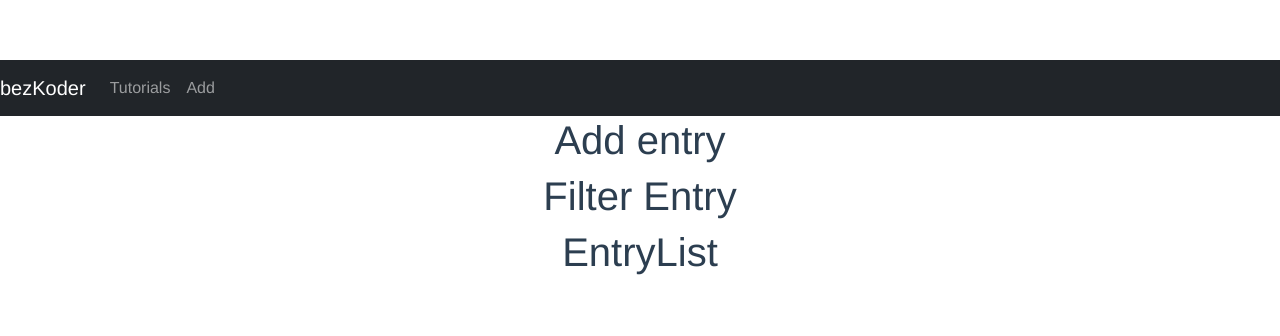
Repository: Madaless/vue_elastic
Page: / (app in vuejsapp/crudapp/)
These files come from the project's save history. The page is drawn as it stood at one moment and after the next save; the edit follows.
The browser window is 1280 px wide. The pictures show the whole page.
The page's requests for data from a server got no answer. The project was rebuilt for these pictures with package versions that can differ from the ones it lists, and the page was loaded fresh each time. No one was signed in, and anything a server would have sent is missing.

Above is the page before, as saved 2021-09-09 15:00:46.

After the next save:
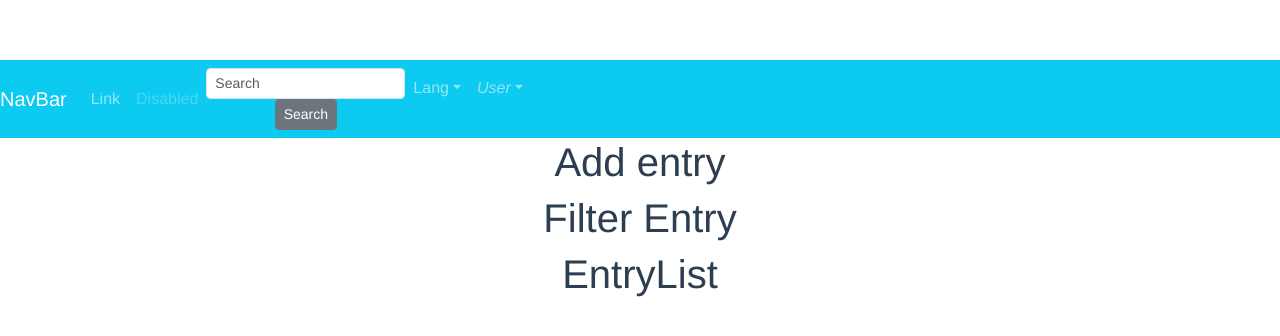
Saved 2 min 17 s later.
--- a/vuejsapp/crudapp/src/App.vue
+++ b/vuejsapp/crudapp/src/App.vue
@@ -1,16 +1,41 @@
 <template>
   <div id="app">
-     <nav class="navbar navbar-expand navbar-dark bg-dark">
-      <router-link to="/" class="navbar-brand">bezKoder</router-link>
-      <div class="navbar-nav mr-auto">
-        <li class="nav-item">
-          <router-link to="/tutorials" class="nav-link">Tutorials</router-link>
-        </li>
-        <li class="nav-item">
-          <router-link to="/add" class="nav-link">Add</router-link>
-        </li>
-      </div>
-    </nav>
+     <b-navbar toggleable="lg" type="dark" variant="info">
+    <b-navbar-brand href="#">NavBar</b-navbar-brand>
+
+    <b-navbar-toggle target="nav-collapse"></b-navbar-toggle>
+
+    <b-collapse id="nav-collapse" is-nav>
+      <b-navbar-nav>
+        <b-nav-item href="#">Link</b-nav-item>
+        <b-nav-item href="#" disabled>Disabled</b-nav-item>
+      </b-navbar-nav>
+
+      <!-- Right aligned nav items -->
+      <b-navbar-nav class="ml-auto">
+        <b-nav-form>
+          <b-form-input size="sm" class="mr-sm-2" placeholder="Search"></b-form-input>
+          <b-button size="sm" class="my-2 my-sm-0" type="submit">Search</b-button>
+        </b-nav-form>
+
+        <b-nav-item-dropdown text="Lang" right>
+          <b-dropdown-item href="#">EN</b-dropdown-item>
+          <b-dropdown-item href="#">ES</b-dropdown-item>
+          <b-dropdown-item href="#">RU</b-dropdown-item>
+          <b-dropdown-item href="#">FA</b-dropdown-item>
+        </b-nav-item-dropdown>
+
+        <b-nav-item-dropdown right>
+          <!-- Using 'button-content' slot -->
+          <template #button-content>
+            <em>User</em>
+          </template>
+          <b-dropdown-item href="#">Profile</b-dropdown-item>
+          <b-dropdown-item href="#">Sign Out</b-dropdown-item>
+        </b-nav-item-dropdown>
+      </b-navbar-nav>
+    </b-collapse>
+  </b-navbar>
     <AddEntry/>
     <FilterEntry/>
     <EntryList/>
